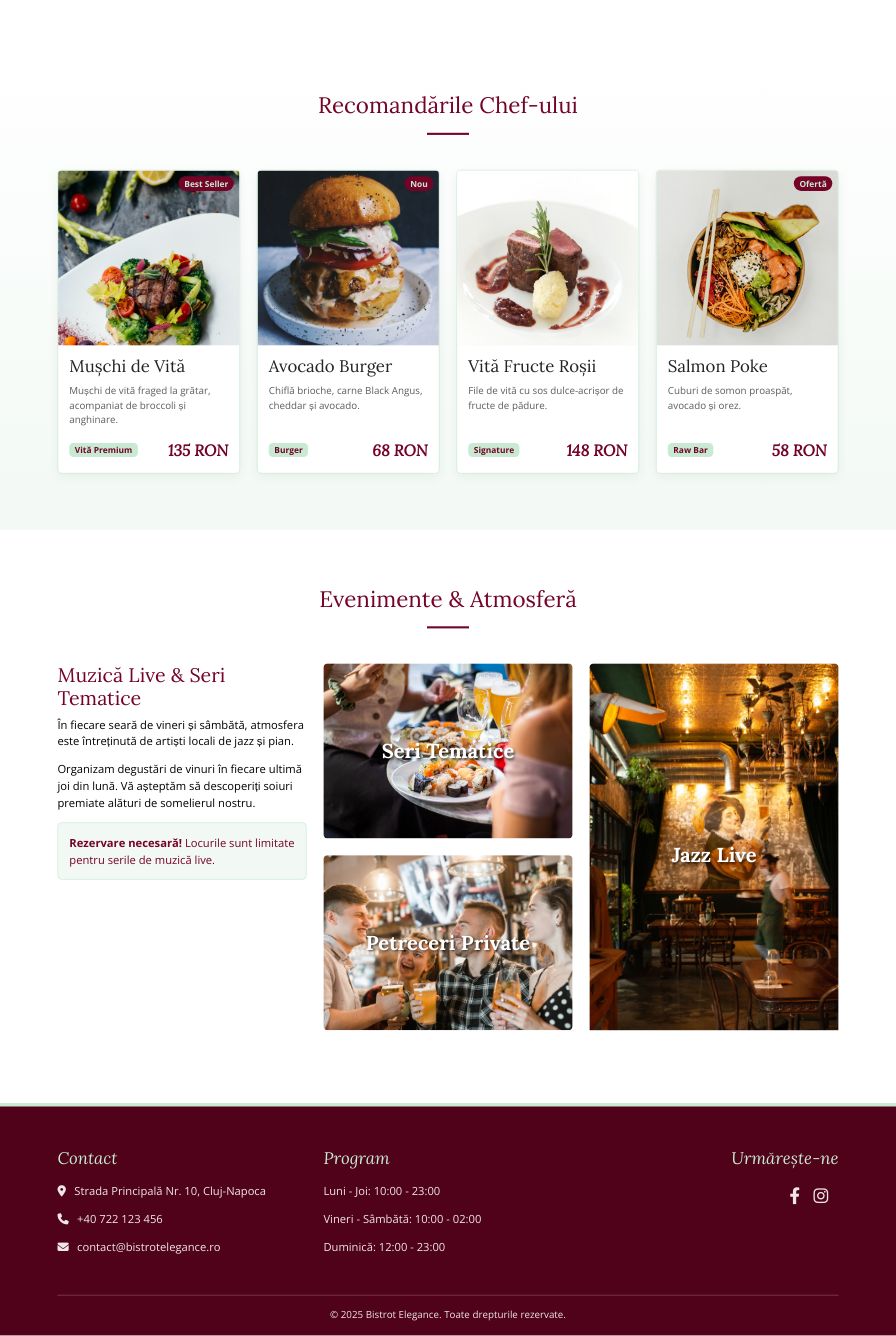
Repository: 912-Comsa-Teodora/bistrot-restaurant
Page: restaurant/index.html
The author's editor kept a copy of each file at every save. The page is drawn from the files as they stood at one save, then again after the next save.
The browser window is 1280 px wide. The pictures show the part of the page from y = 1164 to 3084 px (the page is 3072 px tall before and 3084 px after), at 70% of full size.
A picture or video elsewhere on the page could not be fetched, so the positions and the page height are approximate.

Above is the page before, as saved 2026-01-18 16:43:30.

### restaurant/index.html
<!DOCTYPE html>
<html lang="ro">
<head>
    <meta charset="UTF-8">
    <meta name="viewport" content="width=device-width, initial-scale=1.0">
    <meta name="description" content="Cel mai bun restaurant și bar din oraș. Atmosferă unică, meniu select.">
    <meta name="author" content="Numele Tau">

    <title>Bistrot Elegance - Restaurant & Bar</title>

    <link href="https://cdn.jsdelivr.net/npm/bootstrap@5.3.0/dist/css/bootstrap.min.css" rel="stylesheet">
    <link rel="stylesheet" href="https://cdnjs.cloudflare.com/ajax/libs/font-awesome/6.4.0/css/all.min.css">

    <link href="https://fonts.googleapis.com/css2?family=Lora:ital,wght@0,400;0,700;1,400&family=Open+Sans:wght@300;400;700&display=swap" rel="stylesheet">

    <style>
        :root {
            --primary-color: #740427;
            --primary-dark: #50021b;
            --mint-color: #C8EAD3;
            --mint-light: #F2F9F4;
            --text-dark: #000000;
            --white: #ffffff;
        }

        body {
            /* CHANGE 1: Applied Open Sans */
            font-family: 'Open Sans', sans-serif;
            color: var(--text-dark);
            padding-top: 65px;
            background-color: var(--white);
        }

        h1, h2, h3, h4, h5 {
            /* CHANGE 1: Applied Lora */
            font-family: 'Lora', serif;
            color: var(--primary-color);
        }

        .navbar {
            background-color: #fff;
            box-shadow: 0 2px 10px rgba(0,0,0,0.1);
            border-bottom: 1px solid var(--mint-color);
        }

        .navbar-brand img {
            max-height: 40px;
        }

        .nav-link {
            color: var(--primary-dark);
            font-weight: 700;
            text-transform: uppercase;
            font-size: 0.9rem;
        }

        .nav-link:hover {
            color: var(--primary-color);
        }


        #heroCarousel .carousel-item img {
            height: calc(100vh - 65px);
            object-fit: cover;
            filter: brightness(0.6);
        }

        .carousel-caption {
            top: 50%;
            transform: translateY(-50%);
            bottom: auto;
            width: 70%;
            left: 15%;
        }

        .carousel-caption p {
            margin-top: 0;
            margin-bottom: 1.5rem;
            font-size: 1.2rem;
            font-weight: 300;
            color: #fff;
        }

        .carousel-caption h2 {
            font-size: 4rem;
            color: #fff;
            text-shadow: 2px 2px 4px rgba(0,0,0,0.6);
        }


        section {
            padding: 80px 0;
        }

        .section-title {
            text-align: center;
            margin-bottom: 50px;
            position: relative;
        }

        .section-title::after {
            content: '';
            display: block;
            width: 60px;
            height: 3px;
            background-color: var(--primary-color);
            margin: 20px auto;
        }

        .bg-mint-gradient {
            background: linear-gradient(180deg, var(--white) 0%, var(--mint-light) 100%);
        }

        .card {
            border: 1px solid var(--mint-color);
            background-color: #fff;
            transition: transform 0.3s;
            box-shadow: 0 5px 15px rgba(0,0,0,0.05);
        }

        .card:hover {
            transform: translateY(-5px);
            border-color: var(--primary-color);
            box-shadow: 0 10px 30px rgba(116, 4, 39, 0.1);
        }

        .card-img-top {
            height: 250px;
            width: 100%;
            object-fit: cover;
            object-position: center;
        }

        .price-tag {
            /* CHANGE 1 & 2: Font Lora + Italic */
            font-family: 'Lora', serif;
            font-size: 1.4rem;
            font-weight: 700;
            color: var(--primary-color);
            font-style: italic; /* Added Italic */
        }


        .badge-custom-primary {
            background-color: var(--primary-color) !important;
            color: var(--mint-color);
        }

        .badge-custom-mint {
            background-color: var(--mint-color) !important;
            color: var(--primary-color);
            font-weight: 700;
        }

        /* EVENTS STYLING */
        /* CHANGE 3: Wrapper for images to hold the text */
        .event-wrapper {
            position: relative;
            overflow: hidden;
            border-radius: 0.375rem; /* Matches Bootstrap 'rounded' */
        }

        /* CHANGE 3: Text Overlay Style */
        .event-text-overlay {
            position: absolute;
            top: 50%;
            left: 50%;
            transform: translate(-50%, -50%);
            color: var(--white);
            font-family: 'Lora', serif;
            font-size: 1.8rem;
            font-weight: 700;
            text-shadow: 2px 2px 4px rgba(0,0,0,0.8);
            width: 100%;
            text-align: center;
            z-index: 2;
            pointer-events: none; /* Allows clicking through text if needed */
        }

        /* Optional: Darken image slightly to make text pop */
        .event-wrapper img {
            transition: transform 0.3s ease;
        }
        .event-wrapper:hover img {
            transform: scale(1.05);
        }

        @media (min-width: 992px) {
            .event-img-small {
                height: 250px;
                width: 100%;
                object-fit: cover;
            }
            .event-img-large {
                height: calc(500px + 1.5rem);
                width: 100%;
                object-fit: cover;
            }
        }


        footer {
            background-color: var(--primary-dark);
            color: #fff;
            padding: 60px 0 20px;
            border-top: 5px solid var(--mint-color);
        }

        footer h4 {
            color: var(--mint-color);
            margin-bottom: 20px;
            /* CHANGE 2: Footer Titles Italic */
            font-style: italic;
        }

        footer p, footer i {
            color: rgba(255, 255, 255, 0.9);
        }

        .social-icons a {
            color: #fff;
            font-size: 1.5rem;
            margin-right: 15px;
            transition: color 0.3s;
        }

        .social-icons a:hover {
            color: var(--mint-color);
        }

        hr.bg-light {
             border-color: rgba(255,255,255,0.2);
        }
    </style>
</head>
<body>

    <header id="home">
        <nav class="navbar navbar-expand-lg navbar-light fixed-top">
            <div class="container">
                <a class="navbar-brand" href="index.html">
                    <img src="./pictures/Bistrot-Elegance-Logo-visiniu.png" alt="Logo Bistrot Elegance">
                </a>

                <button class="navbar-toggler" type="button" data-bs-toggle="collapse" data-bs-target="#navbarContent" aria-controls="navbarContent" aria-expanded="false" aria-label="Toggle navigation">
                    <span class="navbar-toggler-icon"></span>
                </button>

                <div class="collapse navbar-collapse" id="navbarContent">
                    <ul class="navbar-nav ms-auto mb-2 mb-lg-0">
                        <li class="nav-item">
                            <a class="nav-link" href="#home">Acasă</a>
                        </li>
                        <li class="nav-item">
                            <!-- LINK MODIFIED HERE TO OPEN PDF -->
                            <a class="nav-link" href="menu.pdf" target="_blank">Meniu</a>
                        </li>
                        <li class="nav-item">
                            <a class="nav-link" href="#despre">Despre Noi</a>
                        </li>
                        <li class="nav-item">
                            <a class="nav-link" href="#specialitati">Specialități</a>
                        </li>
                        <li class="nav-item">
                            <a class="nav-link" href="#evenimente">Evenimente</a>
                        </li>
                        <li class="nav-item">
                            <a class="nav-link" href="#contact">Contact</a>
                        </li>
                    </ul>
                </div>
            </div>
        </nav>
    </header>

    <div id="heroCarousel" class="carousel slide" data-bs-ride="carousel">
        <div class="carousel-inner">
            <div class="carousel-item active" data-bs-interval="3000">
                <img src="pictures/restaurant-imagine-principala.jpg" class="d-block w-100" alt="Interior restaurant">
                <div class="carousel-caption">
                    <p>Bine ați venit la</p>
                    <h2>Bistrot Elegance</h2>
                    <p>O experiență culinară de neuitat în inima orașului</p>
                </div>
            </div>

            <div class="carousel-item" data-bs-interval="3000">
                <img src="pictures/cover-bauturi.jpg" class="d-block w-100" alt="Bauturi">
                <div class="carousel-caption">
                    <h2>Cocktailuri Signature</h2>
                    <p>Mixologie rafinată pentru seri perfecte</p>
                </div>
            </div>

            <div class="carousel-item" data-bs-interval="3000">
                <img src="pictures/cover-mancare.jpg" class="d-block w-100" alt="Mancare">
                <div class="carousel-caption">
                    <h2>Gusturi Autentice</h2>
                    <p>Preparate create cu pasiune din ingrediente locale</p>
                </div>
            </div>

            <div class="carousel-item" data-bs-interval="3000">
                <img src="pictures/cover-desert.jpg" class="d-block w-100" alt="Desert">
                <div class="carousel-caption">
                    <h2>Deserturi Artizanale</h2>
                    <p>Finalul dulce perfect pentru orice masă</p>
                </div>
            </div>
        </div>
    </div>

    <section id="despre">
        <div class="container">
            <div class="row align-items-center">
                <div class="col-lg-6 mb-4 mb-lg-0">
                    <h2 class="mb-4">Povestea Noastră</h2>
                    <h3 class="mb-3" style="color: var(--text-dark); opacity: 0.8;">Tradiție și modernism din 2010</h3>
                    <p>
                        Situat într-o clădire istorică, <strong>Bistrot Elegance</strong> îmbină arhitectura clasică cu un design interior modern și vibrant. Ne mândrim cu o atmosferă care invită la relaxare și conversație, fiind locul ideal atât pentru întâlniri de afaceri, cât și pentru cine romantice.
                    </p>
                    <p>
                        Filozofia noastră culinară se bazează pe ingrediente locale, proaspete, reinterpretate într-o manieră internațională. Echipa noastră de bucătari pasionați lucrează zilnic pentru a oferi preparate care surprind prin gust și prezentare.
                    </p>
                </div>
                <div class="col-lg-6">
                    <img src="pictures/interior-restaurant.jpg" class="img-fluid rounded shadow" alt="Interior restaurant">
                </div>
            </div>
        </div>
    </section>

    <section id="specialitati" class="bg-mint-gradient">
        <div class="container">
            <h2 class="section-title">Recomandările Chef-ului</h2>
            <div class="row g-4">

                <div class="col-md-6 col-lg-3">
                    <div class="card h-100">
                        <span class="position-absolute top-0 end-0 badge rounded-pill badge-custom-primary m-2">
                            Best Seller
                        </span>
                        <img src="pictures/muschi-de-vita-cu-legume.jpg" class="card-img-top" alt="Vita">
                        <div class="card-body d-flex flex-column">
                            <h4 class="card-title">Mușchi de Vită</h4>
                            <p class="card-text small text-muted">Mușchi de vită fraged la grătar, acompaniat de broccoli și anghinare.</p>
                            <div class="mt-auto d-flex justify-content-between align-items-center">
                                <span class="badge badge-custom-mint">Vită Premium</span>
                                <span class="price-tag">135 RON</span>
                            </div>
                        </div>
                    </div>
                </div>

                <div class="col-md-6 col-lg-3">
                    <div class="card h-100">
                         <span class="position-absolute top-0 end-0 badge rounded-pill badge-custom-primary m-2">
                            Nou
                        </span>
                        <img src="pictures/avocado-gourmet-burger.jpg" class="card-img-top" alt="Burger">
                        <div class="card-body d-flex flex-column">
                            <h4 class="card-title">Avocado Burger</h4>
                            <p class="card-text small text-muted">Chiflă brioche, carne Black Angus, cheddar și avocado.</p>
                            <div class="mt-auto d-flex justify-content-between align-items-center">
                                <span class="badge badge-custom-mint">Burger</span>
                                <span class="price-tag">68 RON</span>
                            </div>
                        </div>
                    </div>
                </div>

                 <div class="col-md-6 col-lg-3">
                    <div class="card h-100">
                        <img src="pictures/vita-cu-fructe-rosii.jpg" class="card-img-top" alt="Vita fructe rosii">
                        <div class="card-body d-flex flex-column">
                            <h4 class="card-title">Vită Fructe Roșii</h4>
                            <p class="card-text small text-muted">File de vită cu sos dulce-acrișor de fructe de pădure.</p>
                            <div class="mt-auto d-flex justify-content-between align-items-center">
                                <span class="badge badge-custom-mint">Signature</span>
                                <span class="price-tag">148 RON</span>
                            </div>
                        </div>
                    </div>
                </div>

                <div class="col-md-6 col-lg-3">
                    <div class="card h-100">
                        <span class="position-absolute top-0 end-0 badge rounded-pill badge-custom-primary m-2">
                            Ofertă
                        </span>
                        <img src="pictures/salmon-poke.jpg" class="card-img-top" alt="Poke">
                        <div class="card-body d-flex flex-column">
                            <h4 class="card-title">Salmon Poke</h4>
                            <p class="card-text small text-muted">Cuburi de somon proaspăt, avocado și orez.</p>
                            <div class="mt-auto d-flex justify-content-between align-items-center">
                                <span class="badge badge-custom-mint">Raw Bar</span>
                                <span class="price-tag">58 RON</span>
                            </div>
                        </div>
                    </div>
                </div>

            </div>
        </div>
    </section>

    <section id="evenimente">
        <div class="container">
            <h2 class="section-title">Evenimente & Atmosferă</h2>
            <div class="row">
                <div class="col-lg-4 mb-4">
                    <h3>Muzică Live & Seri Tematice</h3>
                    <p>În fiecare seară de vineri și sâmbătă, atmosfera este întreținută de artiști locali de jazz și pian.</p>
                    <p>Organizam degustări de vinuri în fiecare ultimă joi din lună. Vă așteptăm să descoperiți soiuri premiate alături de somelierul nostru.</p>
                    <div class="alert alert-info mt-3" style="background-color: var(--mint-light); border-color: var(--mint-color); color: var(--primary-color);">
                        <strong>Rezervare necesară!</strong> Locurile sunt limitate pentru serile de muzică live.
                    </div>
                </div>

                <div class="col-lg-4 col-md-6 mb-4">

                    <div class="event-wrapper mb-4">
                        <img src="pictures/seara-tematica-sushi.jpg" class="img-fluid w-100 event-img-small" alt="Live">
                        <div class="event-text-overlay">Seri Tematice</div>
                    </div>

                    <div class="event-wrapper">
                        <img src="pictures/petrecere-privata.jpg" class="img-fluid w-100 event-img-small" alt="Vin">
                        <div class="event-text-overlay">Petreceri Private</div>
                    </div>
                </div>

                <div class="col-lg-4 col-md-6">
                    <div class="event-wrapper h-100">
                        <img src="pictures/seara-de-jazz.jpg" class="img-fluid w-100 event-img-large" alt="Party">
                        <div class="event-text-overlay">Jazz Live</div>
                    </div>
                </div>

            </div>
        </div>
    </section>

    <footer id="contact">
        <div class="container">
            <div class="row">
                <div class="col-md-4 mb-4">
                    <h4>Contact</h4>
                    <p><i class="fas fa-map-marker-alt me-2"></i> Strada Principală Nr. 10, Cluj-Napoca</p>
                    <p><i class="fas fa-phone me-2"></i> +40 722 123 456</p>
                    <p><i class="fas fa-envelope me-2"></i> contact@bistrotelegance.ro</p>
                </div>

                <div class="col-md-4 mb-4">
                    <h4>Program</h4>
                    <p>Luni - Joi: 10:00 - 23:00</p>
                    <p>Vineri - Sâmbătă: 10:00 - 02:00</p>
                    <p>Duminică: 12:00 - 23:00</p>
                </div>

                <div class="col-md-4 mb-4 text-md-end text-start">
                    <h4>Urmărește-ne</h4>
                    <div class="social-icons">
                        <a href="https://www.instagram.com/p/DTpjjSEiNyFa9zL6V36H__r-7ydWBVExPYOuuw0/?igsh=MWZ2dzEzcHJvdDZu" aria-label="Facebook"><i class="fab fa-facebook-f"></i></a>
                        <a href="https://www.instagram.com/bistrotelegance?igsh=MXN3Zzh1YTdrY3Y3cw%3D%3D&utm_source=qr" aria-label="Instagram"><i class="fab fa-instagram"></i></a>
                    </div>
                </div>
            </div>

            <hr class="bg-light">

            <div class="row">
                <div class="col-12 text-center">
                    <p class="small mb-0">&copy; 2025 Bistrot Elegance. Toate drepturile rezervate.</p>
                </div>
            </div>
        </div>
    </footer>

    <script src="https://cdn.jsdelivr.net/npm/bootstrap@5.3.0/dist/js/bootstrap.bundle.min.js"></script>
</body>
</html>

After the next save:
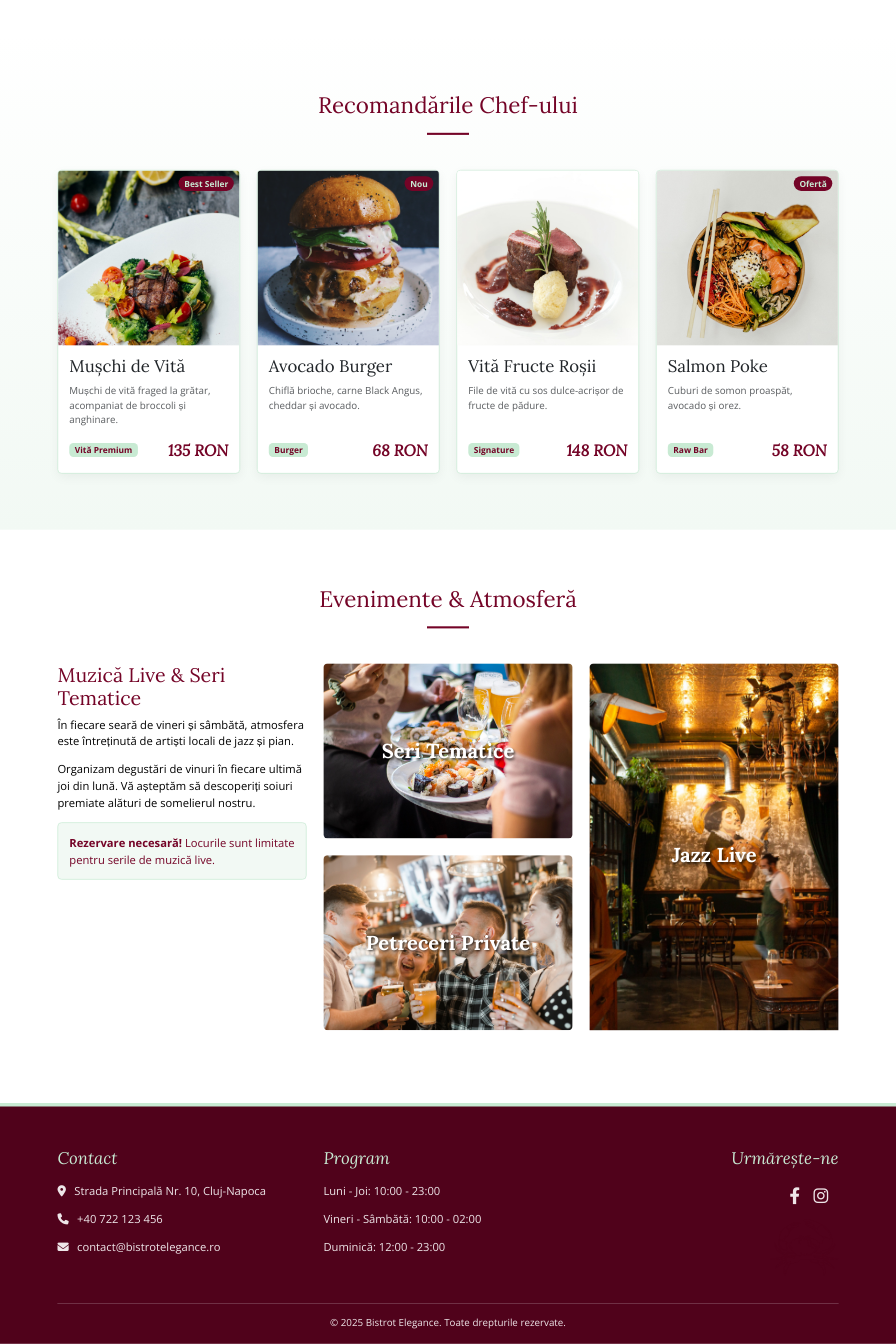
Saved 93 s later.
--- a/restaurant/index.html
+++ b/restaurant/index.html
@@ -444,6 +444,7 @@
     <footer id="contact">
         <div class="container">
             <div class="row">
+                <!-- Column 1: Contact -->
                 <div class="col-md-4 mb-4">
                     <h4>Contact</h4>
                     <p><i class="fas fa-map-marker-alt me-2"></i> Strada Principală Nr. 10, Cluj-Napoca</p>
@@ -451,6 +452,7 @@
                     <p><i class="fas fa-envelope me-2"></i> contact@bistrotelegance.ro</p>
                 </div>
 
+                <!-- Column 2: Program -->
                 <div class="col-md-4 mb-4">
                     <h4>Program</h4>
                     <p>Luni - Joi: 10:00 - 23:00</p>
@@ -458,12 +460,15 @@
                     <p>Duminică: 12:00 - 23:00</p>
                 </div>
 
-                <div class="col-md-4 mb-4 text-md-end text-start">
+                <!-- Column 3: Socials & Logo (Aligned Right) -->
+                <div class="col-md-4 mb-4 text-md-end text-start d-flex flex-column align-items-md-end align-items-start">
                     <h4>Urmărește-ne</h4>
-                    <div class="social-icons">
+                    <div class="social-icons mb-3">
                         <a href="https://www.instagram.com/p/DTpjjSEiNyFa9zL6V36H__r-7ydWBVExPYOuuw0/?igsh=MWZ2dzEzcHJvdDZu" aria-label="Facebook"><i class="fab fa-facebook-f"></i></a>
                         <a href="https://www.instagram.com/bistrotelegance?igsh=MXN3Zzh1YTdrY3Y3cw%3D%3D&utm_source=qr" aria-label="Instagram"><i class="fab fa-instagram"></i></a>
                     </div>
+                    <!-- Logo placed here to be on the far right -->
+                    <img src="./pictures/Bistrot-Elegance-Logo-visiniu.png" alt="Logo Bistrot Elegance" class="footer-logo img-fluid" style="max-height: 80px;">
                 </div>
             </div>
 
